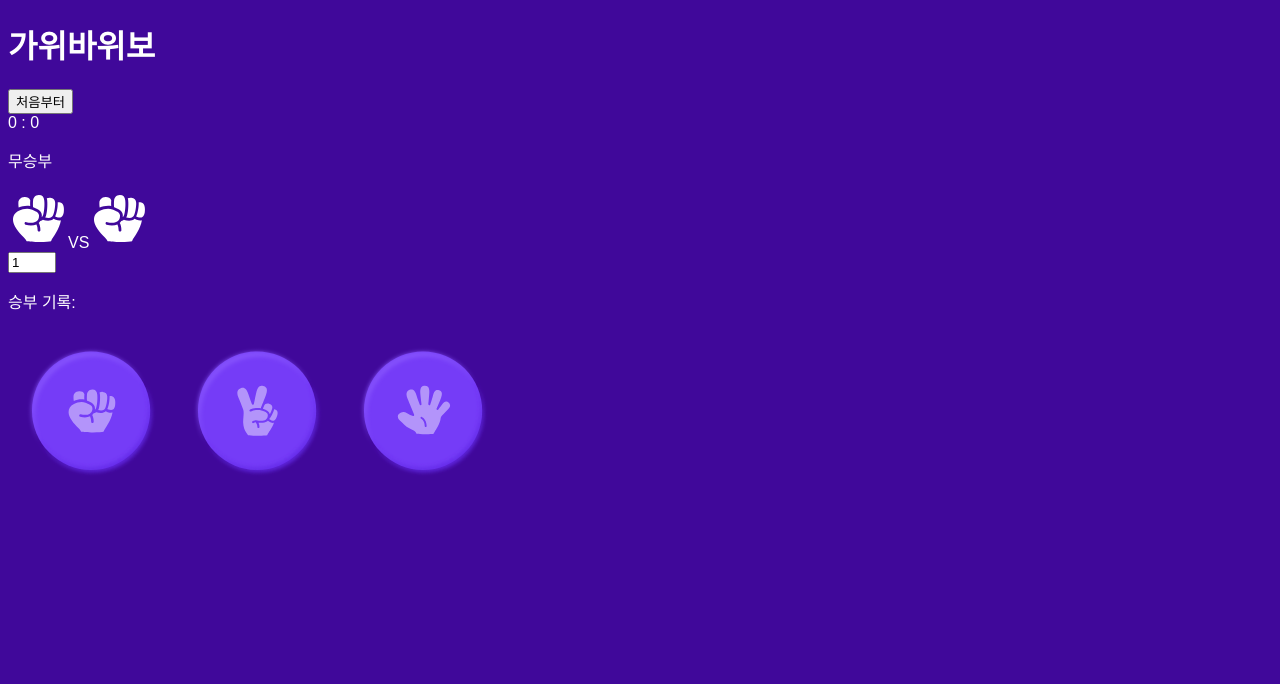
Repository: HI-CLAIRE/s.s.a.f.y_java
Page: / (app in codeit/rock-scissor-paper/)
These files come from the project's save history. The page is drawn as it stood at one moment and after a run of saves; the edit follows.
The browser window is 1280 px wide. The pictures show the whole page.
The project was rebuilt for these pictures with package versions that can differ from the ones it lists, and the page was loaded fresh each time.

Above is the page before, as saved 2022-12-16 17:41:52.

### codeit/rock-scissor-paper/public/index.html
<!DOCTYPE html>
<html lang="ko">
  <head>
    <meta charset="utf-8" />
    <title>가위바위보</title>
    <style>
      body {
        background-color: #40089a;
        color: #fff;
      }
    </style>
  </head>
  <body>
    <div id="root"></div>
  </body>
</html>

### codeit/rock-scissor-paper/src/App.js
import Button from "./Button";
import HandButton from "./HandButton";
import HandIcon from "./HandIcon";
import { compareHand, generateRandomHand } from "./utils";
import { useState } from "react";
import './App.css';

function getResult(me, other) {
  const comparison = compareHand(me, other);
  if (comparison > 0) return "승리";
  if (comparison < 0) return "패배";
  return "무승부";
}
const INITIAL_VALUE = "rock";

function App() {
  const [hand, setHand] = useState(INITIAL_VALUE);
  const [otherHand, setOtherHand] = useState(INITIAL_VALUE);
  const [gameHistory, setGameHistory] = useState([]); // 기록
  const [score, setScore] = useState(0); // 내 점수
  const [otherScore, setOtherScore] = useState(0); // 상대편 점수
  const [bet, setBet] = useState(1); // 베팅점수

  const handleButtonClick = (nextHand) => {
    const nextOtherHand = generateRandomHand();
    const nextHistoryItem = getResult(hand, otherHand);
    const comparison = compareHand(nextHand, nextOtherHand);

    setHand(nextHand);
    setOtherHand(nextOtherHand);
    setGameHistory([...gameHistory, nextHistoryItem]);
    if (comparison > 0) setScore(score + bet); // 내가 이겼을 때
    if (comparison < 0) setOtherScore(otherScore + bet); // 상대가 이겼을 때
  };

  const handleClearClick = () => {
    setHand(INITIAL_VALUE);
    setOtherHand(INITIAL_VALUE);
    setGameHistory([]);
    setScore(0);
    setOtherScore(0);
    setBet(1);
  };

  // 베팅 핸들러 함수
const handleBetChange = (e) => {
  let num = Number(e.target.value);
  if (num > 9) num %= 10; // 1과 9 사이의 숫자로 만들어 줌
  if (num < 1) num = 1;
  num = Math.floor(num);
  setBet(num);
};

  return (
    <div>
      <div>
        <h1>가위바위보</h1>
      </div>
      <Button onClick={handleClearClick}>처음부터</Button>
      <div>
        {score} : {otherScore}
      </div>
      <p>{getResult(hand, otherHand)}</p>
      <div>
        <HandIcon value={hand} />
        VS
        <HandIcon value={otherHand} />
      </div>
      <div>
        <input
          type="number"
          value={bet}
          min={1}
          max={9}
          onChange={handleBetChange}
        />
      </div>
      <div>
        <p>승부 기록: {gameHistory.join(", ")}</p>
      </div>
      <div>
        <HandButton value="rock" onClick={handleButtonClick} />
        <HandButton value="scissor" onClick={handleButtonClick} />
        <HandButton value="paper" onClick={handleButtonClick} />
      </div>
    </div>
  );
}

export default App;

### codeit/rock-scissor-paper/src/Button.js
function Button({ children, onClick }) {
  return <button onClick={onClick}>{ children }</button>;
}

export default Button;

### codeit/rock-scissor-paper/src/HandButton.js
import HandIcon from "./HandIcon";
import './HandButton.css';

function HandButton({ value, onClick }) {
  const handleClick = () => onClick(value);
  return (
    <button className="HandButton" onClick={handleClick}>
      <HandIcon className="HandButton-icon" value={value} />
    </button>
  );
}

export default HandButton;

### codeit/rock-scissor-paper/src/HandIcon.js
import rockImg from "./assets/rock.svg";
import scissorImg from "./assets/scissor.svg";
import paperImg from "./assets/paper.svg";

const IMAGES = {
  rock: rockImg,
  scissor: scissorImg,
  paper: paperImg,
}

function HandIcon({ className, value }) {
  const src = IMAGES[value];
  return <img className={className} src={src} alt={value} />;
}

export default HandIcon;

### codeit/rock-scissor-paper/src/utils.js
const HANDS = ['rock', 'scissor', 'paper'];

const WINS = {
  rock: 'scissor',
  scissor: 'paper',
  paper: 'rock'
};

// 두 개 비교
export function compareHand(a, b) {
  if(WINS[a] === b)
    return 1;
  if(WINS[b] === a)
    return -1;
  return 0;
}

function random(n) {
  return Math.floor(Math.random() * n);
}

// HANDS 중 random
export function generateRandomHand() {
  const idx = random(HANDS.length);
  return HANDS[idx];
}

### codeit/rock-scissor-paper/src/App.css
.App {
  position: relative;
  width: 100%;
  min-width: 575px;
  max-width: 620px;
  margin: 45px auto;
  padding: 50px;
  border-radius: 44px;
  text-align: center;
  background: #6f00ff;
  background-color: #6f00ff;
  box-shadow: 0 4.2px 2px #5900cc, 0 -4.2px 2px #8500ff;
}

.App-heading {
  margin: 0 0 34px;
  color: #fff;
  font-weight: 700;
  font-size: 30px;
  text-align: center;
  text-shadow: 0 3px 0 #a875e9;
  letter-spacing: 0.19px;
  -webkit-text-stroke: 1px #fff;
}

.App-reset {
  position: absolute;
  top: 48px;
  right: 49px;
  cursor: pointer;
}

.App-box {
  margin: 26px 0 23px;
}

.App-scores>* {
  display: inline-block;
  vertical-align: middle;
}

.App-scores>.App-versus {
  margin: 0 7px;
  color: #fff;
  font-size: 64px;
}

.App-hands>* {
  display: inline-block;
  vertical-align: middle;
}

.App-hands>.App-versus {
  color: #fff;
  font-weight: 700;
  font-size: 22px;
  text-shadow: 0 3px 0 hsla(0, 0%, 87.5%, 0.5);
  letter-spacing: -0.33px;
}

.App-bet {
  margin-top: -15px;
  color: #fff;
  font-size: 17px;
}

.App-bet>* {
  vertical-align: middle;
}

.App-bet>input {
  width: 73px;
  margin: 0 9px;
  padding: 14px 10px;
  border: 2px solid #753cf7;
  border-radius: 10px;
  color: #fff;
  font-size: 17px;
  background-color: #6000db;
}

.App-history {
  margin: 20px 40px 36px;
  padding: 30px 47px;
  border-radius: 19px;
  color: #625f63;
  background-color: #fff;
  box-shadow: 0 3px 8px 0 rgba(89, 72, 112, 0.44), 0 5px 3px rgba(215, 189, 248, 0.65);
}

.App-history>h2 {
  margin: 0;
  color: #6000db;
  font-weight: 700;
  font-size: 16px;
  letter-spacing: -0.24px;
}

* {
  box-sizing: border-box;
  font-family: 'GmarketSansMedium', sans-serif;
}

body {
  background-color: #40089a;
}

### codeit/rock-scissor-paper/src/HandButton.css
.Hand {
  display: inline-block;
  width: 207px;
  height: 207px;
  text-align: center;
  background-image: url('./assets/yellow.svg');
  background-repeat: no-repeat;
  background-position: 50%;
  background-size: contain;
}

.Hand-icon {
  opacity: 0.87;
  width: 70px;
  height: 70px;
  margin: 70px auto 0;
  -webkit-user-select: none;
  -ms-user-select: none;
  user-select: none;
}

.Hand.winner {
  background-image: url('./assets/yellow-win.svg');
}

.HandButton {
  width: 166px;
  height: 166px;
  border: none;
  outline: none;
  text-align: center;
  cursor: pointer;
  background-color: transparent;
  background-image: url('./assets/purple.svg');
  background-repeat: no-repeat;
  background-position: 50%;
  background-size: contain;
}

.HandButton-icon {
  opacity: 0.45;
  width: 55px;
  height: 55px;
}

.HandButton:hover {
  background-image: url('./assets/purple.svg');
}

.HandButton:hover .HandButton-icon {
  opacity: 0.87;
}

Loaded but not shown: codeit/rock-scissor-paper/src/index.js (common file)

After the next 3 saves:
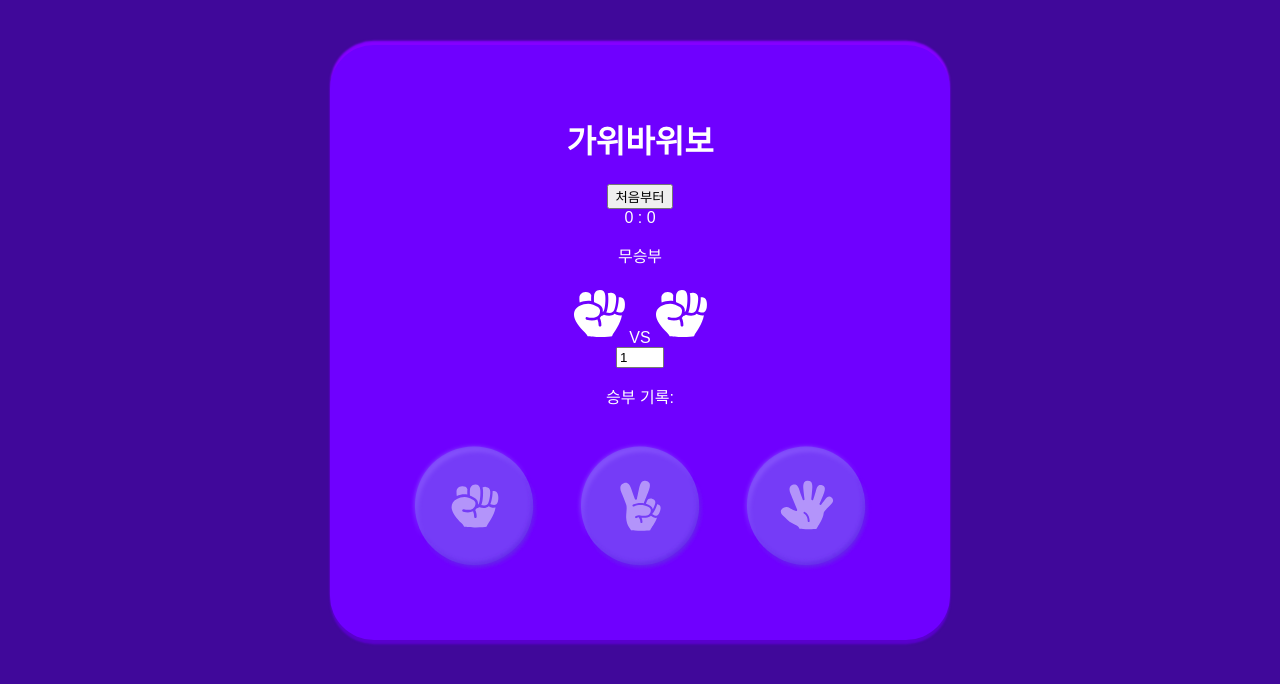
The 3 saves are shown as one change because they came seconds apart.
The last was saved 17 s later.
--- a/codeit/rock-scissor-paper/src/App.js
+++ b/codeit/rock-scissor-paper/src/App.js
@@ -52,7 +52,7 @@
 };
 
   return (
-    <div>
+    <div className="App">
       <div>
         <h1>가위바위보</h1>
       </div>

After the 3 saves that followed:
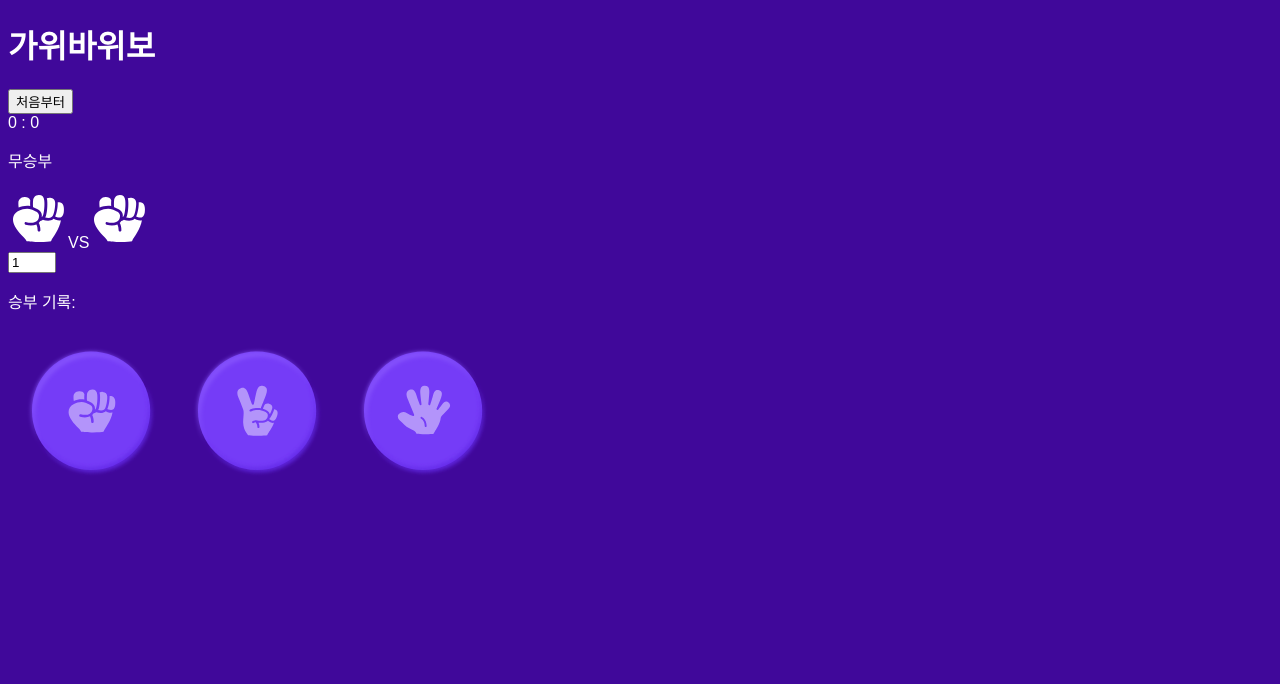
The 3 saves are shown as one change because 2 left the picture as it was.
The last was saved 5 min 44 s later.
--- a/codeit/rock-scissor-paper/src/App.js
+++ b/codeit/rock-scissor-paper/src/App.js
@@ -52,7 +52,7 @@
 };
 
   return (
-    <div className="App">
+    <div className="AppHeading">
       <div>
         <h1>가위바위보</h1>
       </div>
